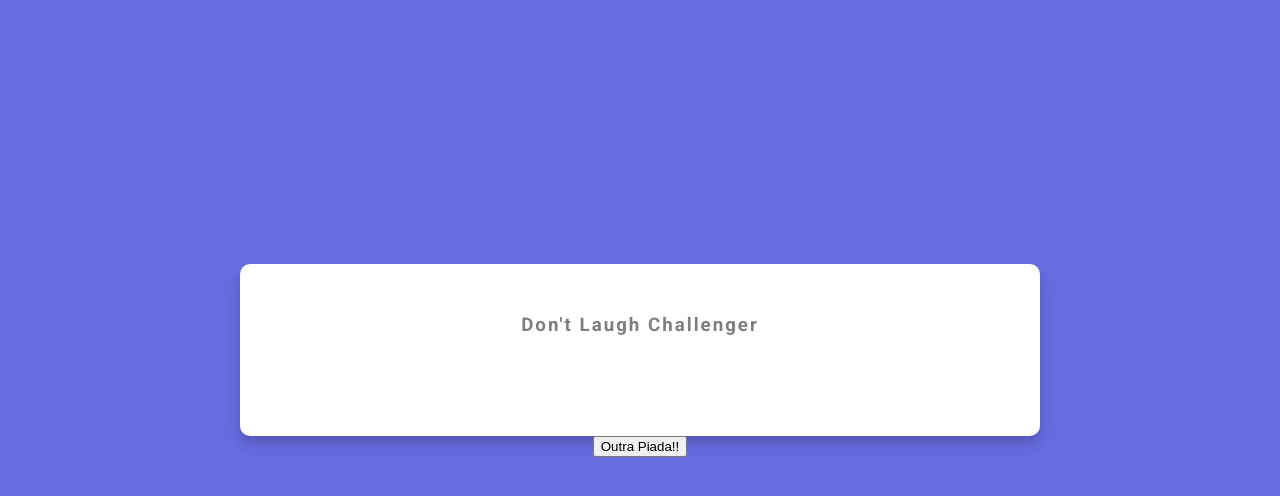
Repository: Williamlmachado/Dad-Jokes
Page: index.html
The author's editor kept a copy of each file at every save. The page is drawn from the files as they stood at one save, then again after the next save.
The browser window is 1280 px wide. The pictures show the whole page.

Above is the page before, as saved 2021-08-21 12:58:54.

After the next save:
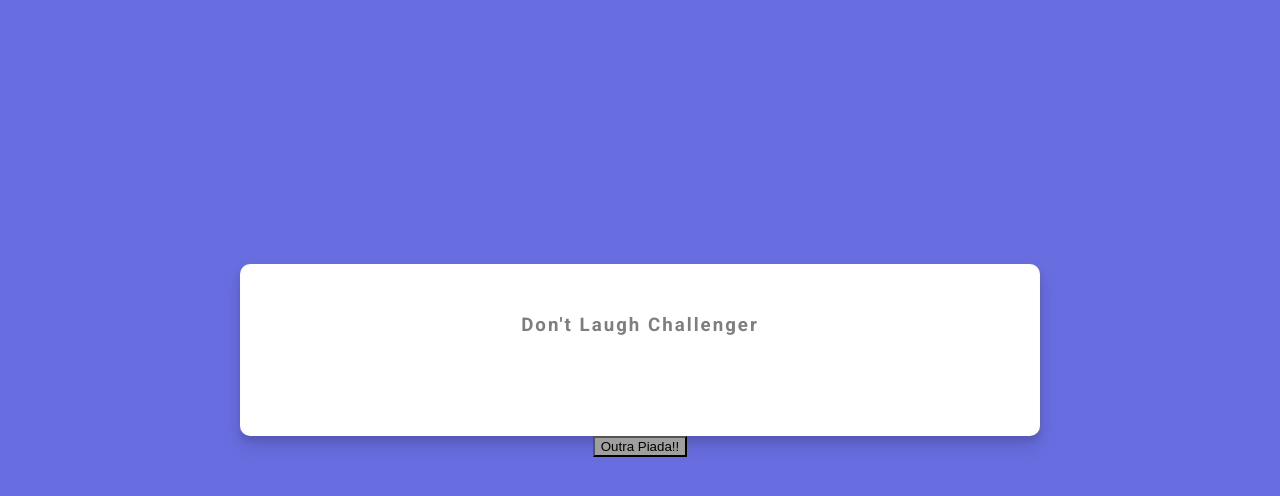
Saved 36 s later.
--- a/style.css
+++ b/style.css
@@ -38,5 +38,5 @@ h3{
     max-width: 600px;
 }
 .btn{
-
+    background-color: #9f9f9f;
 }
